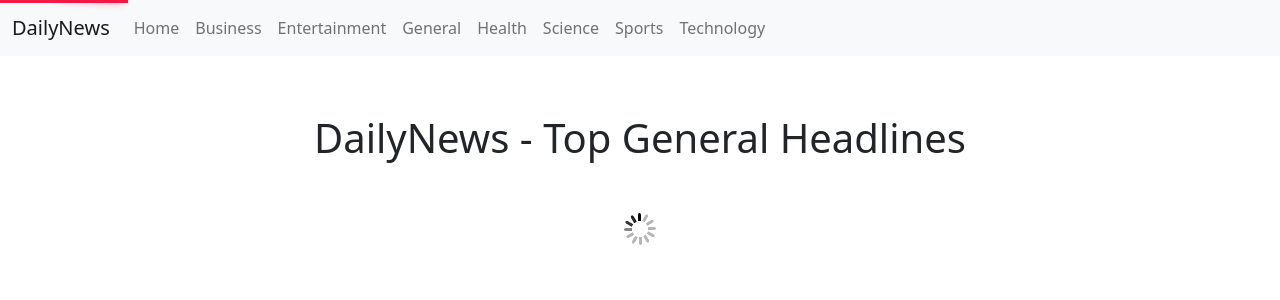
Repository: Bikki084/Daily_News
Page: /
An editor plug-in stored every save of this project. The page is shown before and after a run of saves, followed by the edit.
The browser window is 1280 px wide. The pictures show the whole page.
The page's requests for data from a server got no answer. The project was rebuilt for these pictures with package versions that can differ from the ones it lists, and the page was loaded fresh each time. No one was signed in, and anything a server would have sent is missing. Also part of the build but not shown: src/App.css, src/components/NewsItem.js.

Above is the page before, as saved 2021-12-22 01:35:59.

After the next 3 saves:
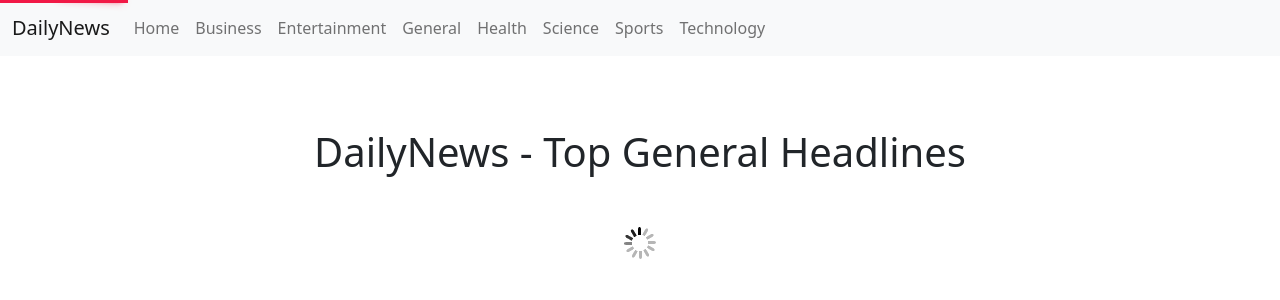
The 3 saves are shown as one change because they came seconds apart.
The last was saved 18 s later.
--- a/src/components/Search.js
+++ b/src/components/Search.js
@@ -2,7 +2,12 @@ import React from 'react'
 
 const Search = () => {
     return (
-    <div>Hello world!</div>
+    <div>
+        <form class="d-flex" method = "get" action = "/Search">
+    <input class="form-control me-2" type="search" placeholder="Search" aria-label="Search" />
+    <button class="btn btn-outline-success" type="submit">Search</button>
+</form>
+</div>
     )
 }
 
